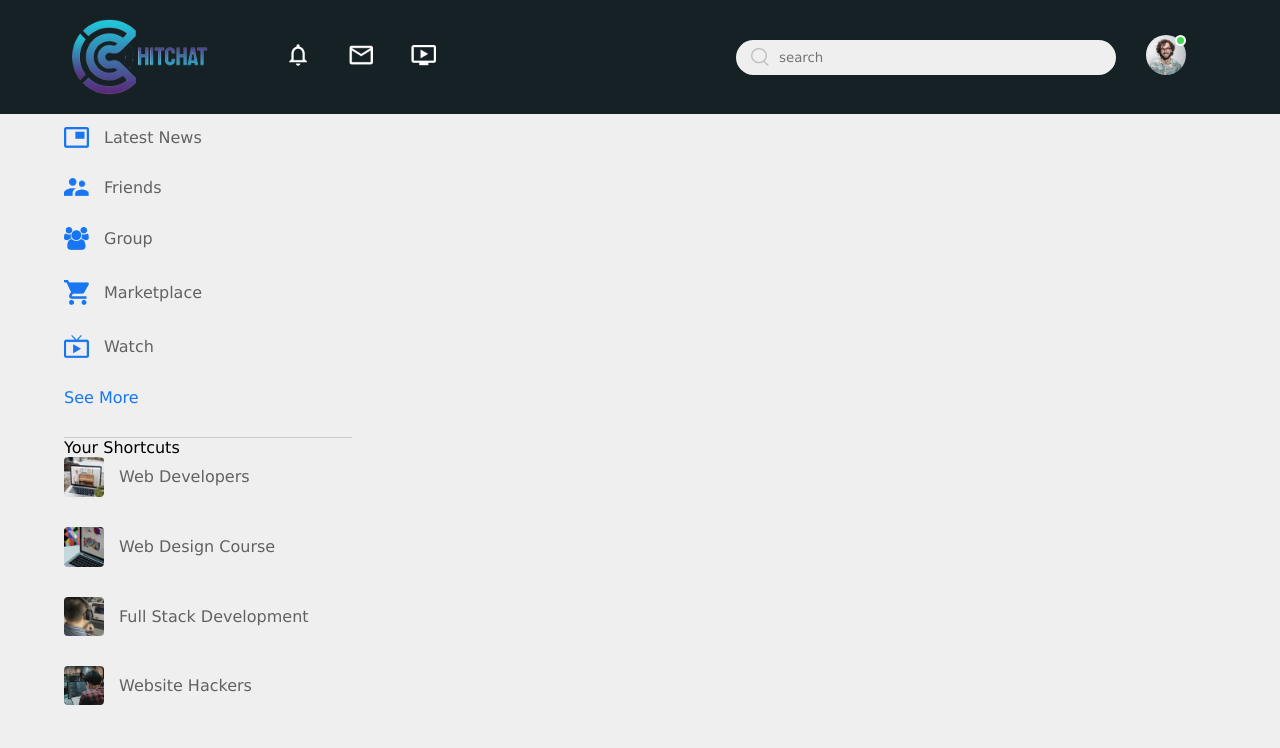
Repository: omarhasnain/ChitChat
Page: index.html
These files come from the project's save history. The page is drawn as it stood at one moment and after the next save; the edit follows.
The browser window is 1280 px wide. The pictures show the whole page.

Above is the page before, as saved 2021-07-11 16:34:04.

### index.html
<!DOCTYPE html>
<html lang="en">

<head>
    <meta charset="UTF-8">
    <meta http-equiv="X-UA-Compatible" content="IE=edge">
    <meta name="viewport" content="width=device-width, initial-scale=1.0">
    <title>ChitChat</title>
    <link rel="stylesheet" href="style.css">
</head>

<body>
    <nav>
        <div class="nav-left">
            <img src="images/logo4.png" alt="logo" class="logo">
            <ul>
                <li><img src="images/notification.png" alt="" class=""></li>
                <li><img src="images/inbox.png" alt="" class=""></li>
                <li><img src="images/video.png" alt="" class=""></li>
            </ul>
        </div>
        <div class="nav-right">
            <div class="search-box">
                <img src="images/search.png" alt="">
                <input type="text" placeholder="search">
            </div>
            <div class="nav-user-icon online">
                <img src="images/profile-pic.png" alt="">
            </div>
        </div>
    </nav>
    <div class="container">
        <!---- Left sidebar --->
        <div class="left-sidebar">
            <div class="important-links">
                <a href="#"><img src="images/news.png" alt="news">Latest News</a>
                <a href="#"><img src="images/friends.png">Friends</a>
                <a href="#"><img src="images/group.png">Group</a>
                <a href="#"><img src="images/marketplace.png">Marketplace</a>
                <a href="#"><img src="images/watch.png">Watch</a>
                <a href="#">See More</a>
            </div>
            <div class="shortcut-links">
                <p>Your Shortcuts</p>
                <a href="#"><img src="images/shortcut-1.png" alt="">Web Developers</a>
                <a href="#"><img src="images/shortcut-2.png" alt="">Web Design Course</a>
                <a href="#"><img src="images/shortcut-3.png" alt="">Full Stack Development</a>
                <a href="#"><img src="images/shortcut-4.png" alt="">Website Hackers</a>
            </div>
        </div>
        <!---- Main Content --->
        <div class="main-content"></div>
        <!---- Right sidebar --->
        <div class="right-sidebar"></div>
    </div>
</body>

</html>

### style.css
* {
    margin: 0;
    padding: 0;
    font-family: Verdana;
}

body {
    background-color: #efefef;
}

nav {
    display: flex;
    align-items: center;
    justify-content: space-between;
    background: rgb(21, 33, 37);
    padding: 5px 5%;
    position: sticky;
    top: 0;
    z-index: 100;
}

.logo {
    width: 160px;
    margin-right: 45px;
}

.nav-left,
.nav-right {
    display: flex;
    align-items: center;
}

.nav-left ul li {
    list-style: none;
    display: inline-block;
}

.nav-left ul li img {
    width: 28px;
    margin: 0 15px;
    cursor: pointer;
}

.nav-user-icon img {
    width: 40px;
    border-radius: 50%;
    cursor: pointer;
}

.nav-user-icon {
    margin: 30px;
}

.search-box {
    background: #efefef;
    width: 350px;
    border-radius: 20px;
    display: flex;
    align-items: center;
    padding: 0 15px;
}

.search-box img {
    width: 18px;
    cursor: pointer;
}

.search-box input {
    background: transparent;
    width: 100%;
    border: 0;
    display: flex;
    align-items: center;
    padding: 10px;
    outline: none;
}

.online {
    position: relative;
}

.online::after {
    content: '';
    width: 7px;
    height: 7px;
    border: 2px solid #fff;
    border-radius: 50%;
    background: #41db51;
    position: absolute;
    top: 0;
    right: 0;
}

.container {
    display: flex;
    justify-content: space-between;
    padding: 13px 5%;
}

.left-sidebar {
    flex-basis: 25%;
    position: sticky;
    top: 70px;
    align-self: flex-start;
}

.right-sidebar {
    flex-basis: 25%;
    position: sticky;
    top: 70px;
    align-self: flex-start;
}

.main-content {
    flex-basis: 47%;
}

.important-links a,
.shortcut-links a {
    text-decoration: none;
    display: flex;
    align-items: center;
    margin-bottom: 30px;
    color: #626262;
    width: fit-content;
}

.important-links a img {
    width: 25px;
    margin-right: 15px;
}

.important-links a:last-child {
    color: #1876f2;
}

.important-links {
    border-bottom: 1px solid #ccc;
}

.shortcut-links a img {
    width: 40px;
    border-radius: 4px;
    margin-right: 15px;
}

After the next save:
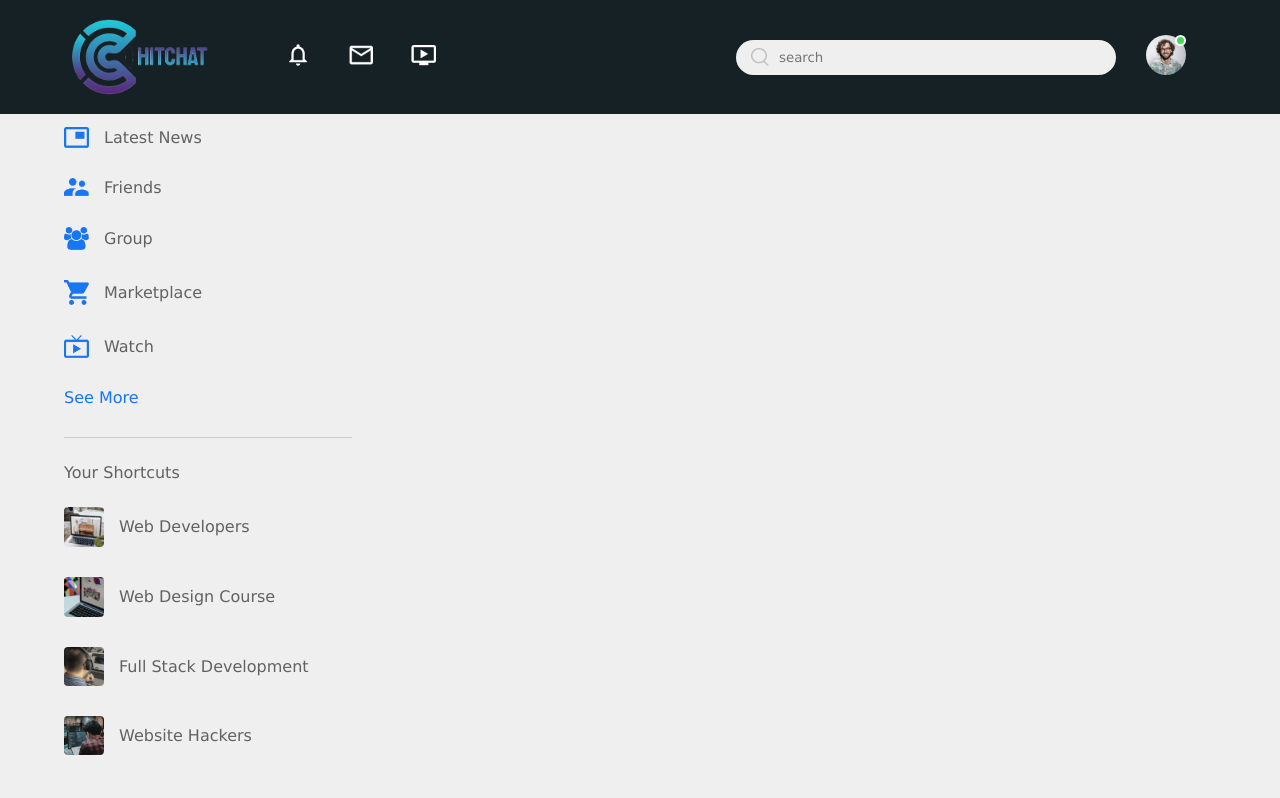
Saved 45 s later.
--- a/style.css
+++ b/style.css
@@ -143,3 +143,9 @@
     border-radius: 4px;
     margin-right: 15px;
 }
+
+.shortcut-links p {
+    margin: 25px 0;
+    color: #626262;
+    font-weight: 500;
+}
